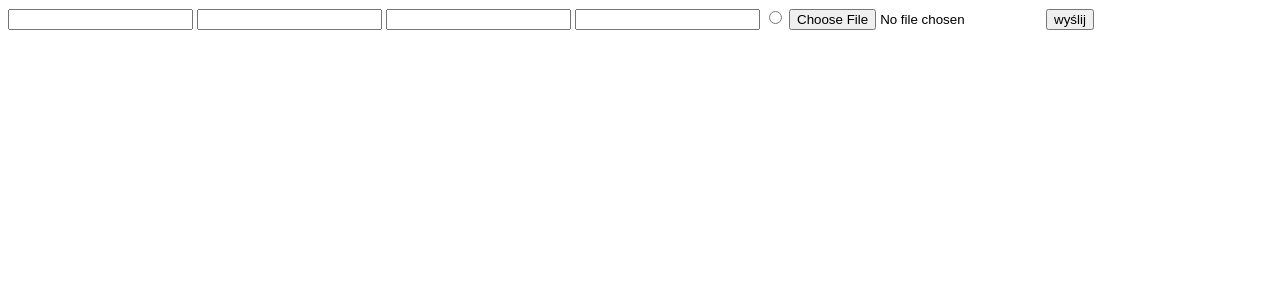
Repository: Gumiin/studia
Page: wykłady/5.05/formularze.html
These files come from the project's save history. The page is drawn as it stood at one moment and after the next save; the edit follows.
The browser window is 1280 px wide. The pictures show the whole page.

Above is the page before, as saved 2021-05-05 14:03:19.

After the next save:
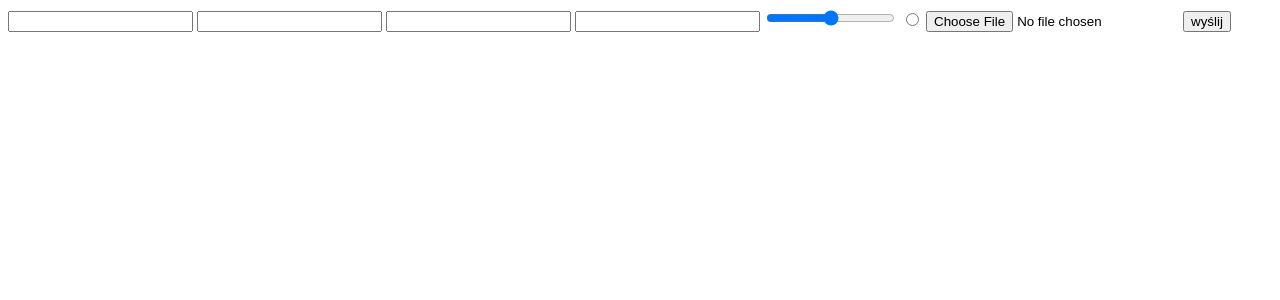
Saved 31 s later.
--- a/wykłady/5.05/formularze.html
+++ b/wykłady/5.05/formularze.html
@@ -12,6 +12,7 @@
         <input type="text" name="nazwisko"id="nazwisko">
         <input type="password" name="" id="">
         <input type="email" name="" id="">
+        <input type="range" name="" id="">
         <input type="radio" name="" id="">
         <input type="file" name="" id="">
         <input type="submit" value="wyślij">

After the save that followed:
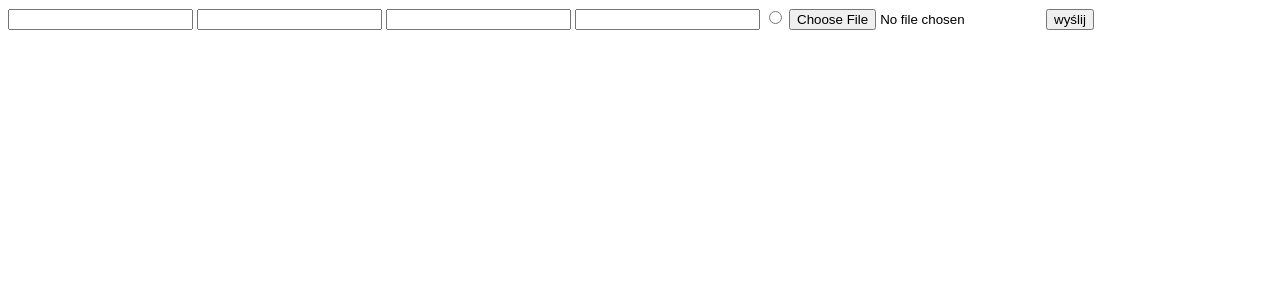
Saved 11 s later.
--- a/wykłady/5.05/formularze.html
+++ b/wykłady/5.05/formularze.html
@@ -12,7 +12,6 @@
         <input type="text" name="nazwisko"id="nazwisko">
         <input type="password" name="" id="">
         <input type="email" name="" id="">
-        <input type="range" name="" id="">
         <input type="radio" name="" id="">
         <input type="file" name="" id="">
         <input type="submit" value="wyślij">
